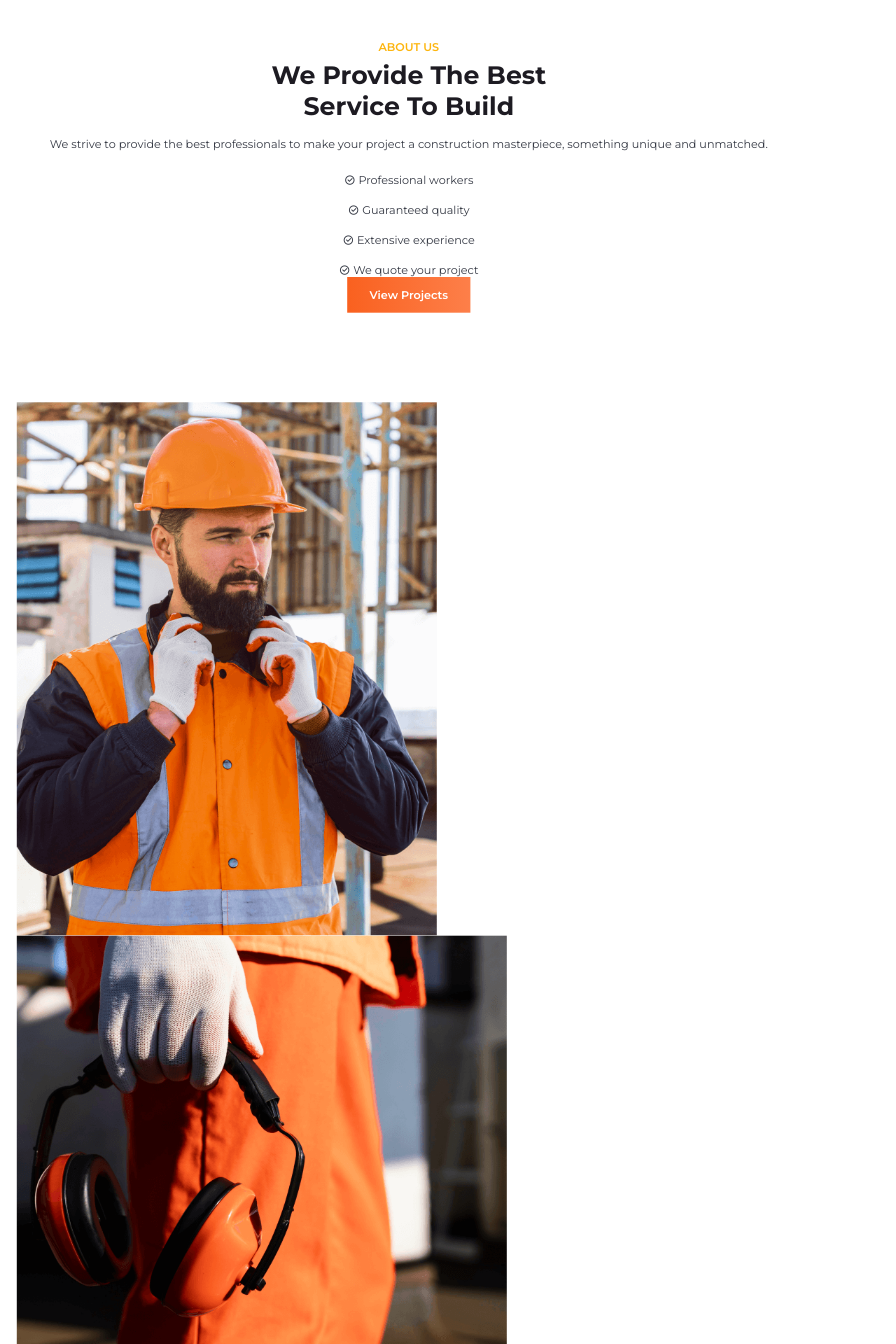
Repository: douglasabnovato/construction
Page: index.html
The author's editor kept a copy of each file at every save. The page is drawn from the files as they stood at one save, then again after the next save.
The browser window is 1280 px wide. The pictures show the part of the page from y = 1844 to 3764 px (the page is 4147 px tall before and 4139 px after), at 70% of full size.

Above is the page before, as saved 2025-05-01 12:14:07.

### index.html
<!DOCTYPE html>
<html lang="en">
  <head>
    <meta charset="UTF-8" />
    <meta name="viewport" content="width=device-width, initial-scale=1.0" />

    <!--=============== FAVICON ===============-->
    <link
      rel="shortcut icon"
      href="assets/img/favicon.png"
      type="image/x-icon"
    />

    <!--=============== REMIXICONS ===============-->
    <link
      rel="stylesheet"
      href="https://cdnjs.cloudflare.com/ajax/libs/remixicon/4.2.0/remixicon.css"
    />

    <!--=============== SWIPER CSS ===============-->
    <link rel="stylesheet" href="" />

    <!--=============== CSS ===============-->
    <link rel="stylesheet" href="assets/css/styles.css" />

    <title>Construction</title>
  </head>
  <body>
    <!--==================== HEADER ====================-->
    <header class="header bg-header" id="header">
      <nav class="nav container">
        <a href="#" class="nav__logo">
          <i class="ri-bulding-3-line"></i>
          <span>Construct</span>
        </a>
        <div class="nav__menu" id="nav-menu">
          <u class="nav__list">
            <li>
              <a href="#home" class="nav__link">Home</a>
            </li>
            <li>
              <a href="#aboutus" class="nav__link"> About Us</a>
            </li>
            <li>
              <a href="#services" class="nav__link"> Services</a>
            </li>
            <li>
              <a href="#projects" class="nav__link"> Projects</a>
            </li>
            <li>
              <a href="#contactus" class="nav__link button"> Contact Us</a>
            </li>
          </u>
          <!-- Close Button -->
          <div class="nav__close" id="nav-close">
            <i class="ri-close-large-line"></i>
          </div>
        </div>
        <!-- Toggle menu -->
        <div class="nav__toggle" id="nav-toggle">
          <i class="ri-apps-2-line"></i>
        </div>
      </nav>
    </header>

    <!--==================== MAIN ====================-->
    <main class="main">
      <!--==================== HOME ====================-->
      <section class="home section" id="home">
        <img
          src="./assets/img/home-lines-bg.svg"
          alt="image"
          class="home__lines"
        />
        <div class="home__container container grid">
          <div class="home__container grid">
            <div class="home__data">
              <h1 class="home__title">
                Create The<br />
                Constructions<br />
                You Want Here
              </h1>
              <p class="home__description">
                We provide the best home design, construction and maintenance
                services for you and your family.
              </p>
              <div class="home__buttons">
                <a href="#services" class="button">Our Services</a>
                <a href="#projects" class="button__link"
                  ><span>View Projects</span> <i class="ri-arrow-right-line"></i
                ></a>
              </div>
            </div>
            <div class="home__info">
              <div>
                <h3 class="home__info-title">10+</h3>
                <p class="home__info-description">
                  Years of <br />
                  Experience
                </p>
              </div>
              <div>
                <h3 class="home__info-title">200</h3>
                <p class="home__info-description">
                  Complete <br />
                  Projects
                </p>
              </div>
            </div>
          </div>
          <div class="home__images">
            <img src="./assets/img/home-img-1.png" alt="imagem" />
            <img src="./assets/img/home-img-2.png" alt="imagem" />
          </div>
        </div>
      </section>

      <!--==================== ABOUT ====================-->
      <section class="about section" id="about">
        <div class="about__container container grid">
          <div class="about__data">
            <span class="section__subtitle">ABOUT US</span>
            <h2 class="section__title">
              We Provide The Best <br />
              Service To Build
            </h2>
            <p class="about__description">
              We strive to provide the best professionals to make your project a
              construction masterpiece, something unique and unmatched.
            </p>
            <ul class="about__list grid">
              <li class="about__list-item">
                <i class="ri-checkbox-circle-line"></i>
                <span>Professional workers</span>
              </li>
              <li class="about__list-item">
                <i class="ri-checkbox-circle-line"></i>
                <span>Guaranteed quality</span>
              </li>
              <li class="about__list-item">
                <i class="ri-checkbox-circle-line"></i>
                <span>Extensive experience</span>
              </li>
              <li class="about__list-item">
                <i class="ri-checkbox-circle-line"></i>
                <span>We quote your  project</span>
              </li>
            </ul>
            <a href="#" class="button">View Projects</a>
          </div>
          <div class="about__images">
            <img src="./assets/img/about-img-1.png" alt="image" class="about__img-1">
            <img src="./assets/img/about-img-2.png" alt="image" class="about__img-2">
          </div>
        </div>
      </section>

      <!--==================== SERVICES ====================-->
      <section class="services section" id="services"></section>

      <!--==================== PROJECTS ====================-->
      <section class="projects section" id="projects"></section>

      <!--==================== CONTACT ====================-->
      <section class="contact section" id="contact"></section>
    </main>

    <!--==================== FOOTER ====================-->
    <footer class="footer"></footer>

    <!--========== SCROLL UP ==========-->

    <!--=============== SCROLLREVEAL ===============-->
    <script src=""></script>

    <!--=============== SWIPER JS ===============-->
    <script src=""></script>

    <!--=============== MAIN JS ===============-->
    <script src="assets/js/main.js"></script>
  </body>
</html>

### assets/css/styles.css
/*=============== GOOGLE FONTS ===============*/
@import url("https://fonts.googleapis.com/css2?family=Montserrat:wght@100..900&display=swap");

/*=============== VARIABLES CSS ===============*/
:root {
  --header-height: 3.5rem;

  /*========== Colors ==========*/
  /*Color mode HSL(hue, saturation, lightness)*/
  --first-color: hsl(18, 95%, 55%);
  --second-color: hsl(42, 98%, 52%);
  --first-gradient: linear-gradient(
    90deg,
    hsl(18, 95%, 55%),
    hsl(18, 98%, 64%)
  );
  --title-color: hsl(255, 12%, 12%);
  --text-color: hsl(225, 12%, 24%);
  --text-color-light: hsl(255, 4%, 70%);
  --body-color: hsl(0, 0%, 100%);
  --container-color: hsl(0, 0%, 100%);
  --white-color: hsl(0, 0%, 100%);
  --black-color: hsl(255, 20%, 10%);
  --gray-border: hsl(255, 6%, 90%);
  --black-border: hsl(255, 10%, 20%);

  /*========== Font and typography ==========*/
  /*.5rem = 8px | 1rem = 16px ...*/
  --body-font: "Montserrat", sans-serif;
  --big-font-size: 2.25rem;
  --h1-font-size: 1.5rem;
  --h2-font-size: 1.25rem;
  --h3-font-size: 1rem;
  --normal-font-size: 0.938rem;
  --small-font-size: 0.813rem;

  /*========== Font weight ==========*/
  --font-regular: 400;
  --font-medium: 500;
  --font-semi-bold: 600;
  --font-bold: 700;

  /*========== z index ==========*/
  --z-tooltip: 10;
  --z-fixed: 100;
}

/*========== Responsive typography ==========*/
@media screen and (min-width: 1150px) {
  :root {
    --big-font-size: 3.5rem;
    --h1-font-size: 2.25rem;
    --h2-font-size: 1.5rem;
    --h3-font-size: 1.25rem;
    --normal-font-size: 1rem;
    --small-font-size: 0.875rem;
  }
}

/*=============== BASE ===============*/
* {
  box-sizing: border-box;
  padding: 0;
  margin: 0;
}

html {
  scroll-behavior: smooth;
}

body {
  font-family: var(--body-font);
  font-size: var(--normal-font-size);
  background-color: var(--body-color);
  color: var(--text-color);
}

h1,
h2,
h3,
h4 {
  color: var(--title-color);
  font-weight: var(--font-semi-bold);
}

ul {
  list-style: none;
}

a {
  text-decoration: none;
}

img {
  display: block;
  max-width: 100%;
  height: auto;
}

/*=============== REUSABLE CSS CLASSES ===============*/
.container {
  max-width: 1120px;
  margin-inline: 1.5rem;
}

.grid {
  display: grid;
  gap: 1.5rem;
}

.section {
  padding-block: 5rem 1rem;
}
.section__title,
.section__subtitle {
  text-align: center;
}

.section__title {
  font-size: var(--h1-font-size);
  font-weight: var(--font-bold);
  margin-bottom: 1.5rem;
}

.section__subtitle {
  display: block;
  font-size: var(--normal-font-size);
  font-weight: var(--font-semi-bold);
  color: var(--second-color);
  margin-bottom: 0.5rem;
}

.main {
  overflow: hidden;
}

/*=============== HEADER & NAV ===============*/
.header {
  position: fixed;
  width: 100%;
  top: 0;
  left: 0;
  background-color: transparent;
  z-index: var(--z-fixed);
  transition: background-color .4s;
}

.nav {
  position: relative;
  height: var(--header-height);
  display: flex;
  justify-content: space-between;
  align-items: center;
}

.nav__logo {
  display: flex;
  align-items: center;
  column-gap: 0.25rem;
}

.nav__logo span {
  color: var(--white-color);
  font-weight: var(--font-semi-bold);
  transition: color 0.4s;
}

.nav__logoi i {
  color: var(--first-color);
  font-size: 1.5rem;
}

.nav__toggle,
.nav__close {
  font-size: 1.5rem;
  color: var(--white-color);
  cursor: pointer;
  transition: color 0.4s;
}

/* Navigation for mobile devices */
@media screen and (max-width: 1150px) {
  .nav__menu {
    position: fixed;
    top: 0;
    right: -100%;
    background-color: var(--black-color);
    width: 80%;
    height: 100%;
    padding: 7.5rem 3.5rem 0;
    border-left: 2px solid var(--black-border);
    transition: right 0.4s;
  }
}

.nav__list {
  display: flex;
  flex-direction: column;
  row-gap: 4rem;
}

.nav__link {
  color: var(--text-color-light);
  font-weight: var(--font-semi-bold);
  transition: color 0.4s;
}

.nav__link:hover {
  color: var(--first-color);
}

.nav__close {
  position: absolute;
  top: 1rem;
  right: 1.5rem;
}

/* Show menu */
.show-menu {
  right: 0;
}

/* Change background header */
.bg-header{
  background-color: var(--body-color);
  box-shadow: 0 4px 16px hsla(255, 90%, 8%, .1);
}

.bg-header .nav__logo span,
.bg-header .nav__toggle{
  color: var(--title-color);
}

/* Active link */

/*=============== HOME ===============*/
.home {
  position: relative;
  background-color: var(--black-color);
}

.home__container {
  position: relative;
  row-gap: 3rem;
  padding-block: 2.5rem 6rem;
}

.home__content {
  row-gap: 2.5rem;
}

.home__data {
  text-align: center;
}

.home__title {
  color: var(--white-color);
  font-size: var(--big-font-size);
  font-weight: var(--font-bold);
  margin-bottom: 1rem;
}

.home__description{
  margin-bottom: 2.5rem;
  color: var(--text-color-light);
}

.home_buttons{
  display: flex;
  justify-content: center;
  align-items: center;
  gap: 1rem;
}

.home__info{
  display: flex;
  justify-content: center;
  column-gap: 4.5rem;
}

.home__info-title{
  color: var(--second-color);
  font-size: var(--big-font-size);
  font-weight: var(--font-bold);
  margin-bottom: .5rem;
}

.home__info-description{
  font-size: var(--small-font-size);
  color: var(--white-color);
}

.home__images{
  position: relative;
  justify-self: center;
}

.home__img-1{
  width: 250px;
  margin-left: 3.5rem;
}

.home__img-2{
  width: 150px;
  border: 5px solid var(--black-color);
  position: absolute;
  left: 0;
  bottom: -3.5rem;
}

.home__lines{
  position: absolute;
  top: 0;
  left: 0;
  width: 100%;
  height: 100%;
  object-fit: cover;
  object-position: right;
}

/*=============== BUTTON ===============*/
.button {
  display: inline-flex;
  background: var(--first-gradient);
  color: var(--white-color);
  font-weight: var(--font-semi-bold);
  padding: 1rem 2rem;
  transition: box-shadow .4s;
}

.button:hover{
  box-shadow: 0 8px 32px hsla(18, 95%, 55%, .3);
  color: var(--white-color);
}

.button__link {
  display: flex;
  align-items: center;
  column-gap: .25rem;
  color: var(--first-color);
}

.button__link span{
  font-weight: var(--font-semi-bold);
}

.button__link i {
  font-size: 1.5rem;
  transition: transform .4s;
}

.button__link:hover i {
  transform: translateX(.25rem)
}

/*=============== ABOUT ===============*/
.about__container {
  row-gap: 8rem;
}

.about__data {
  text-align: center;
}

.about__description {
  margin-bottom: 2rem;
}


/*=============== SERVICES ===============*/

/* Swiper class */

/*=============== PROJECTS ===============*/

/*=============== CONTACT ===============*/

/*=============== FOOTER ===============*/

/*=============== SCROLL BAR ===============*/

/*=============== SCROLL UP ===============*/

/* Show Scroll Up */

/*=============== BREAKPOINTS ===============*/
/* For small devices */

/* For medium devices */

/* For large devices */

### assets/js/main.js
/*=============== SHOW MENU ===============*/
const navMenu = document.getElementById('nav-menu'),
      navToggle = document.getElementById('nav-toggle'),
      navClose = document.getElementById('nav-close')

/* Menu show */
if(navToggle){
    navToggle.addEventListener('click', () =>{
        navMenu.classList.add('show-menu')
    })
}

/* Menu hidden */
if(navClose){
    navClose.addEventListener('click', () =>{
        navMenu.classList.remove('show-menu')
    })
}

/*=============== REMOVE MENU MOBILE ===============*/
const navLink = document.querySelectorAll('.nav__link')

const linkAction = () =>{
    const navMenu = document.getElementById('nav-menu')
    // When we click on each nav__link, we remove the show-menu class
    navMenu.classList.remove('show-menu')
}
navLink.forEach(n => n.addEventListener('click', linkAction))


/*=============== CHANGE BACKGROUND HEADER ===============*/
const bgHeader = () =>{
    const header = document.getElementById('header')
    // Add a class if the bottom offset is greater than 50 of the viewport
    this.scrollY >= 50 ? header.classList.add('bg-header')
                       : header.classList.remove('bg-header')
}
window.addEventListener('scroll', bgHeader)
bgHeader()

/*=============== SWIPER SERVICES ===============*/

/*=============== SHOW SCROLL UP ===============*/

/*=============== SCROLL SECTIONS ACTIVE LINK ===============*/

/*=============== SCROLL REVEAL ANIMATION ===============*/

After the next save:
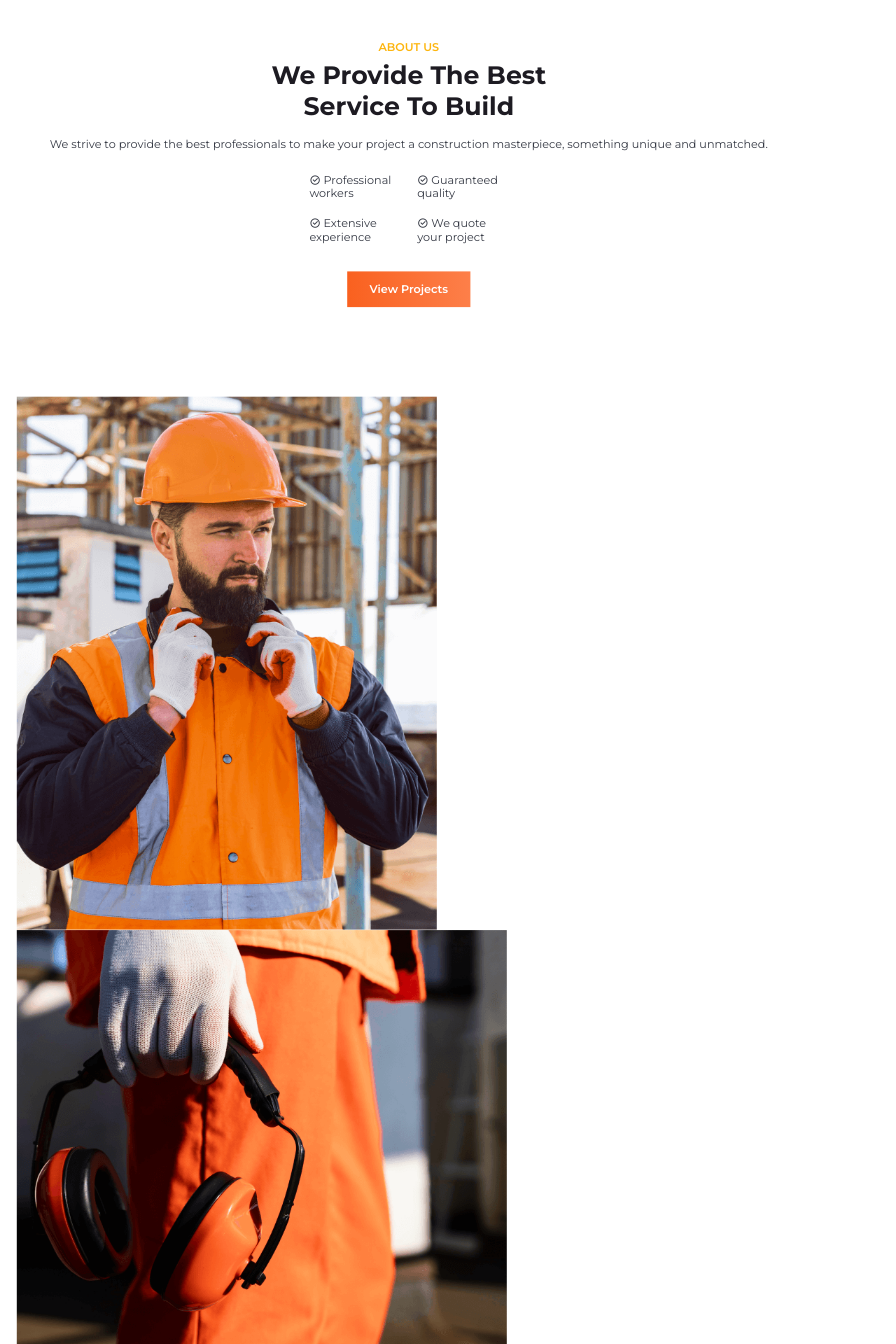
Saved 115 s later.
--- a/assets/css/styles.css
+++ b/assets/css/styles.css
@@ -366,6 +366,14 @@ img {
   margin-bottom: 2rem;
 }
 
+.about__list {
+  text-align: initial;
+  grid-template-columns: repeat(2, 130px);
+  justify-content: center;
+  gap: 1.5rem;
+  margin-bottom: 2.5rem;
+}
+
 
 /*=============== SERVICES ===============*/
 
